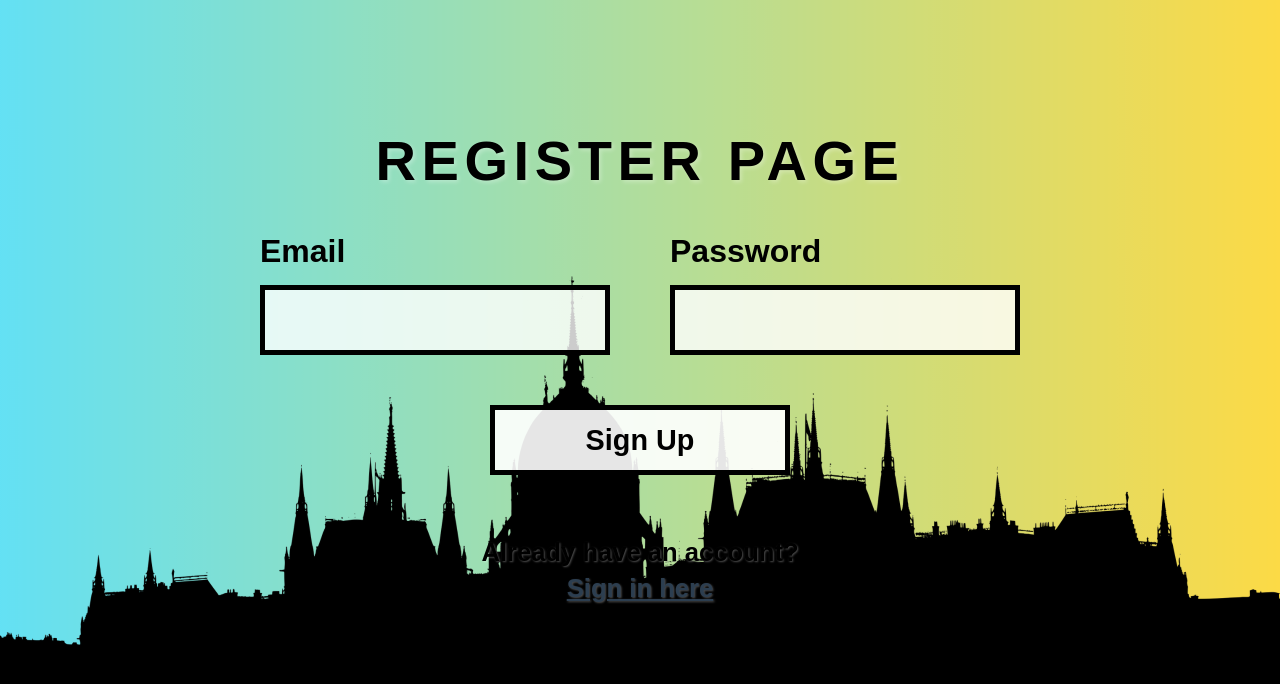
Repository: YummyFrog/WP_Project_2
Page: register.html
The author's editor kept a copy of each file at every save. The page is drawn from the files as they stood at one save, then again after the next save.
The browser window is 1280 px wide. The pictures show the whole page.

Above is the page before, as saved 2025-08-02 21:28:48.

After the next save:
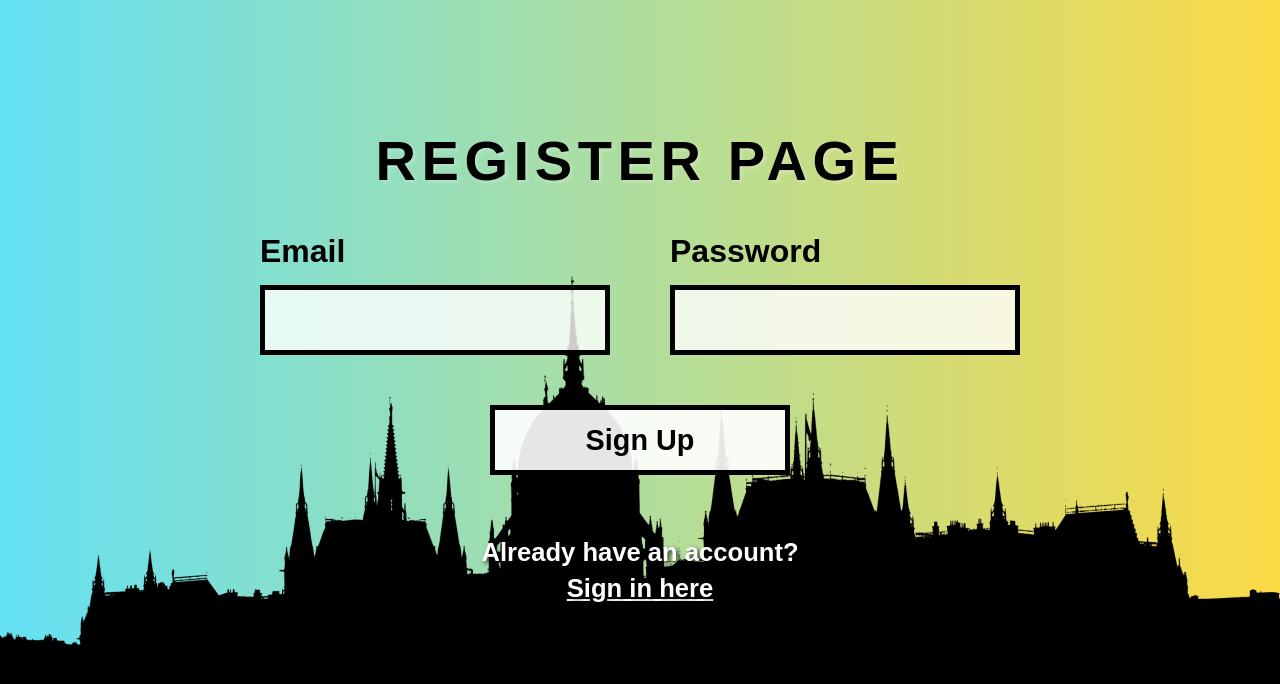
Saved 103 s later.
--- a/login-styles.css
+++ b/login-styles.css
@@ -131,22 +131,24 @@
 .signup-link p {
     font-size: 1.6rem;
     font-weight: bold;
-    color: black;
+    color: white;
     line-height: 1.4;
-    text-shadow: 1px 1px 2px rgba(255, 255, 255, 0.3);
+    text-shadow: 2px 2px 4px rgba(0, 0, 0, 0.8);
 }
 
 .signup-link a {
-    color: #2c3e50;
+    color: white;
     text-decoration: underline;
     font-weight: bold;
     transition: all 0.3s ease;
+    text-shadow: 2px 2px 4px rgba(0, 0, 0, 0.8);
 }
 
 .signup-link a:hover {
-    color: #1a252f;
+    color: #f0f0f0;
     text-decoration: none;
-    text-shadow: 2px 2px 4px rgba(255, 255, 255, 0.5);
+    text-shadow: 3px 3px 6px rgba(0, 0, 0, 0.9);
+    transform: scale(1.05);
 }
 
 /* Responsive Design */
